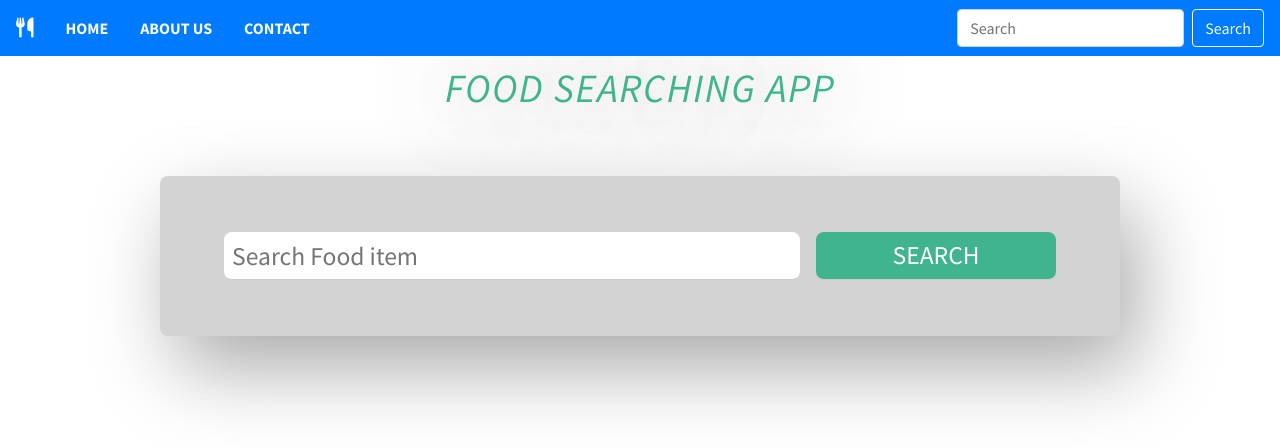
Repository: priyavmehta/React-Food-Recipe-App
Page: /
The author's editor kept a copy of each file at every save. The page is drawn from the files as they stood at one save, then again after the next save.
The browser window is 1280 px wide. The pictures show the whole page.
Some web libraries are served in a nearby version. The project was rebuilt for these pictures with package versions that can differ from the ones it lists, and the page was loaded fresh each time. Also part of the build but not shown: src/Components/RecipeDetails.js, src/Components/Recipe.js, src/Components/Alert.js.

Above is the page before, as saved 2020-07-11 22:44:58.

After the next save:
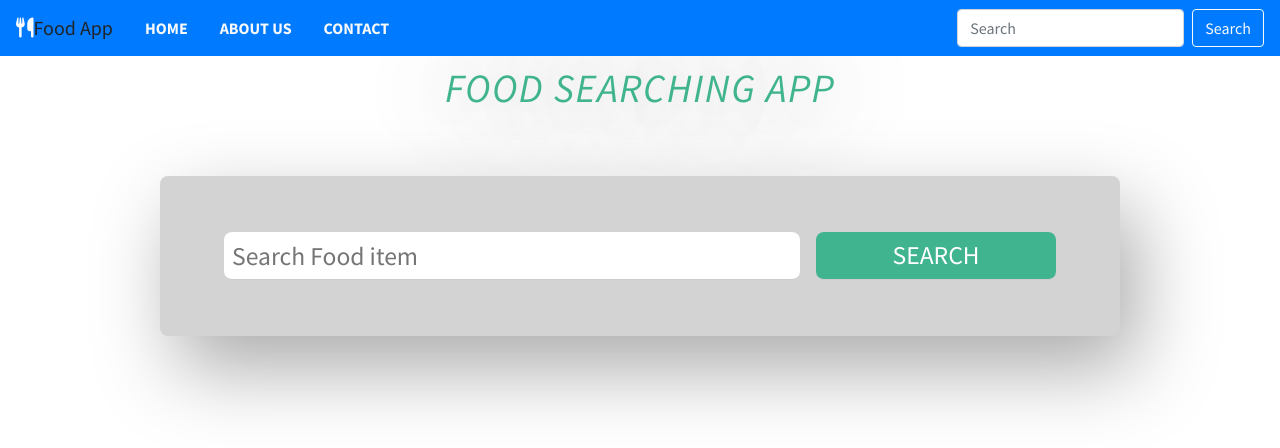
Saved 85 s later.
--- a/src/Components/Navbar.js
+++ b/src/Components/Navbar.js
@@ -6,7 +6,7 @@ const Navbar = ({icon, title}) => {
 
     return (
         <nav className="navbar navbar-expand-md navbar-light bg-primary fixed-top">
-            <a className="navbar-brand"><i className="fas fa-utensils"></i></a>
+            <a className="navbar-brand"><i className="fas fa-utensils"></i>Food App</a>
             <button type="button" className="navbar-toggler bg-light" data-toggle="collapse" data-target="#nav">
                 <span className="navbar-toggler-icon"></span>
             </button>
